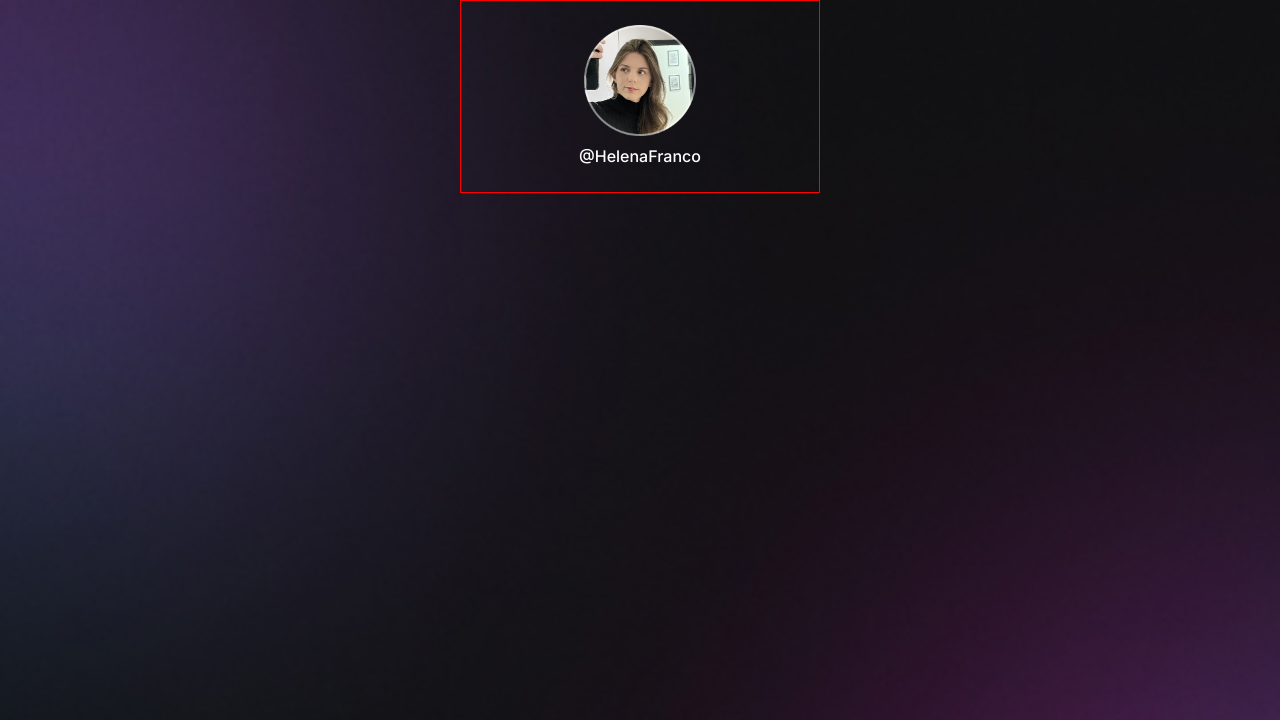
Repository: Fr4nc021/Pagina-de-links-
Page: index.html
The author's editor kept a copy of each file at every save. The page is drawn from the files as they stood at one save, then again after the next save.
The browser window is 1280 px wide. The pictures show the whole page.

Above is the page before, as saved 2025-02-07 16:44:17.

After the next save:
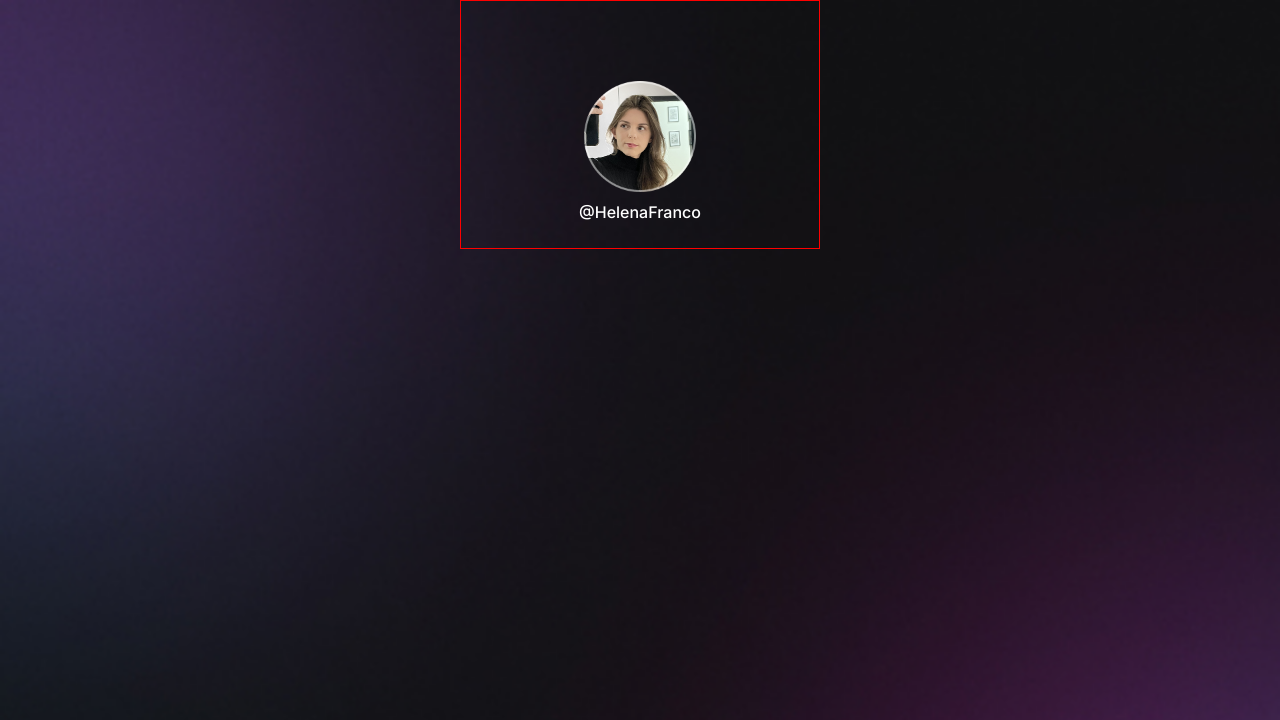
Saved 15 s later.
--- a/style.css
+++ b/style.css
@@ -24,6 +24,7 @@ body * {
     width: 112px;
     display: block;
     margin: auto;
+    margin-top: 56px;
 
 }
 
